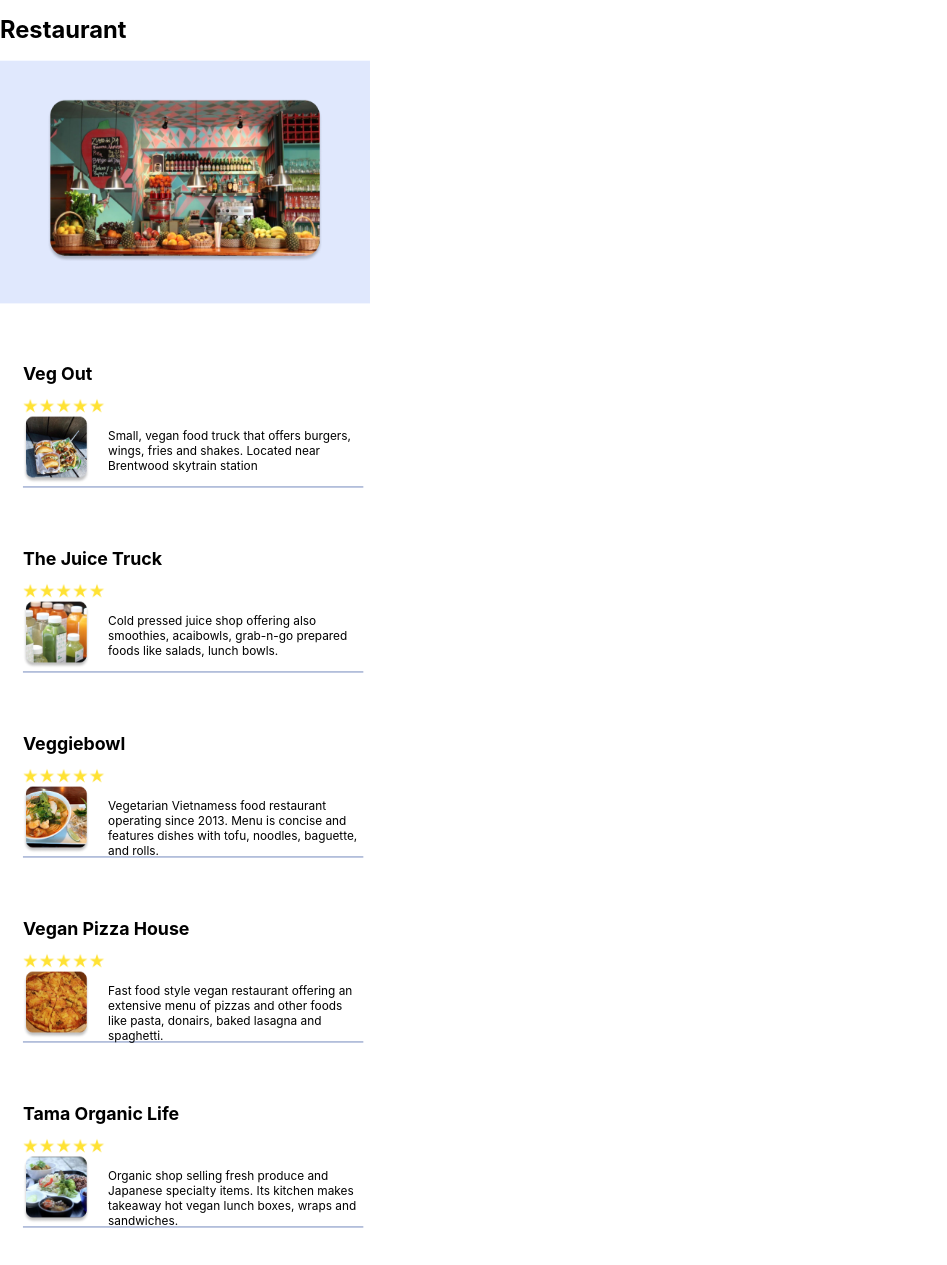
Repository: Kinakopan/design_mindfulEating_site
Page: /restaurant (app in firstapp/)
The author's editor kept a copy of each file at every save. The page is drawn from the files as they stood at one save, then again after the next save.
The browser window is 1280 px wide. The pictures show the whole page, at 74% of full size.
The project was rebuilt for these pictures with package versions that can differ from the ones it lists, and the page was loaded fresh each time. The framework's server and built-in components were replaced by stand-ins that run in the browser. Also part of the build but not shown: firstapp/next.config.js.

Above is the page before, as saved 2022-04-21 14:51:15.

### firstapp/pages/restaurant.js
import ImgCard from "../comps/ImgCard";
import RestaurantCard from "../comps/RestaurantCard";



export default function Restaurant(){

    return (
    <div>
        <h1>Restaurant</h1>

        <ImgCard
        img="/restaurant.png"
        bg="#E0E8FD"
        />



    <main>
        <RestaurantCard>
        </RestaurantCard>

        <RestaurantCard
            img="/juice truck.png"
            h2="The Juice Truck"
            txt="Cold pressed juice shop offering also smoothies, acaibowls, grab-n-go prepared foods like salads, lunch bowls."
        ></RestaurantCard>

        <RestaurantCard
            img="/veggie bowl.png"
            h2="Veggiebowl"
            txt="Vegetarian Vietnamess food restaurant operating since 2013. Menu is concise and features dishes with tofu, noodles, baguette, and rolls."
        ></RestaurantCard>

         <RestaurantCard
            img="/vegan pizza.png"
            h2="Vegan Pizza House"
            txt="Fast food style vegan restaurant offering an extensive menu of pizzas and other foods like pasta, donairs, baked lasagna and spaghetti."
        ></RestaurantCard>

        <RestaurantCard
            img="/Tama img.png"
            h2="Tama Organic Life"
            txt="Organic shop selling fresh produce and Japanese specialty items. Its kitchen makes takeaway hot vegan lunch boxes, wraps and sandwiches."
        ></RestaurantCard>


    </main>
    </div>

    )
}

### firstapp/comps/ImgCard.js
import { Children } from 'react';
import styled from 'styled-components';
import rcont from './RestaurantCard';

const CardCont = styled.div`
    background-color: ${props=>props.cl};
    color: ${props=>props.text_cl};
    min-width: 375px;
    max-width: 500px;
    padding: ${props=>props.cont_padding};
    border-radius: ${props=>props.border_radius};
    margin: ${props=>props.margin};
`;

const DispImage = styled.img`
    width: 100%;
    padding: 1em;
    margin: ${props=>props.image_margin};
`;

const List = styled.div`
    text-align: right;
`;

export default function ImgCard({
    img="/food1.png",
    bg="#E0E8FD",
    tcl="#08213E",
    title="",
    txt="",
    bor="",
    mar="",
    n1,n2,n3,n4="",
    marg="",
    cpa="1em 3em 1em 3em",
    Children=null

}){

    return <CardCont cl={bg} text_cl={tcl} border_radius={bor} margin={mar} cont_padding={cpa}>
        <h1>{title}</h1>
        <DispImage src={img} image_margin={marg}/>
        <br/>
        <List>
            <h2>{n1}</h2>
            <h2>{n2}</h2>
            <h2>{n3}</h2>
            <h2>{n4}</h2>
        </List>
        <p>{txt}</p>
        {Children}

    </CardCont>
}

### firstapp/comps/RestaurantCard.js

import styled from 'styled-components';


const ReCont = styled.div`
background-color:white;
width:500px;
position:relative;
height: 250px;
top:50px;
left: 1px;
padding: 10px 10px 10px 30px;
`
;

const ReImg = styled.img`
width:90px;



`;


const Text = styled.p`
float:right;
width:75%;
font-size: 16px;
text-align: left;
margin: 3 3 3 3;

`
;


const ResItem = styled.div`
border-bottom:2px solid #A2b0d3;

`

;

const Title = styled.h2`
width:250px;

`
;

const Image = styled.img`
`


const Button = styled.img`
top:100px;
background-color:"red";
height:20px;
`


export default function RestaurantCard({
    img="/veg out.png",
    bg="#E0E8FD",
    h2="Veg Out",
    txt="Small, vegan food truck that offers burgers, wings, fries and shakes. Located near Brentwood skytrain station",


}){

    return <ReCont
    cl={bg} txt={txt}>
    <Title>{h2}</Title>
    <Button img src="/start rating.png"></Button>
    <ResItem>

        <ReImg src={img}></ReImg>

        <Text>{txt}</Text>


    </ResItem>


    </ReCont>

}


//export default function RestaurantCard(){
    //return(
   //     <img src="/veg out.png" />
   // )

//}

Loaded but not shown: firstapp/pages/_app.js (common file); firstapp/styles/globals.css (common file)

After the next save:
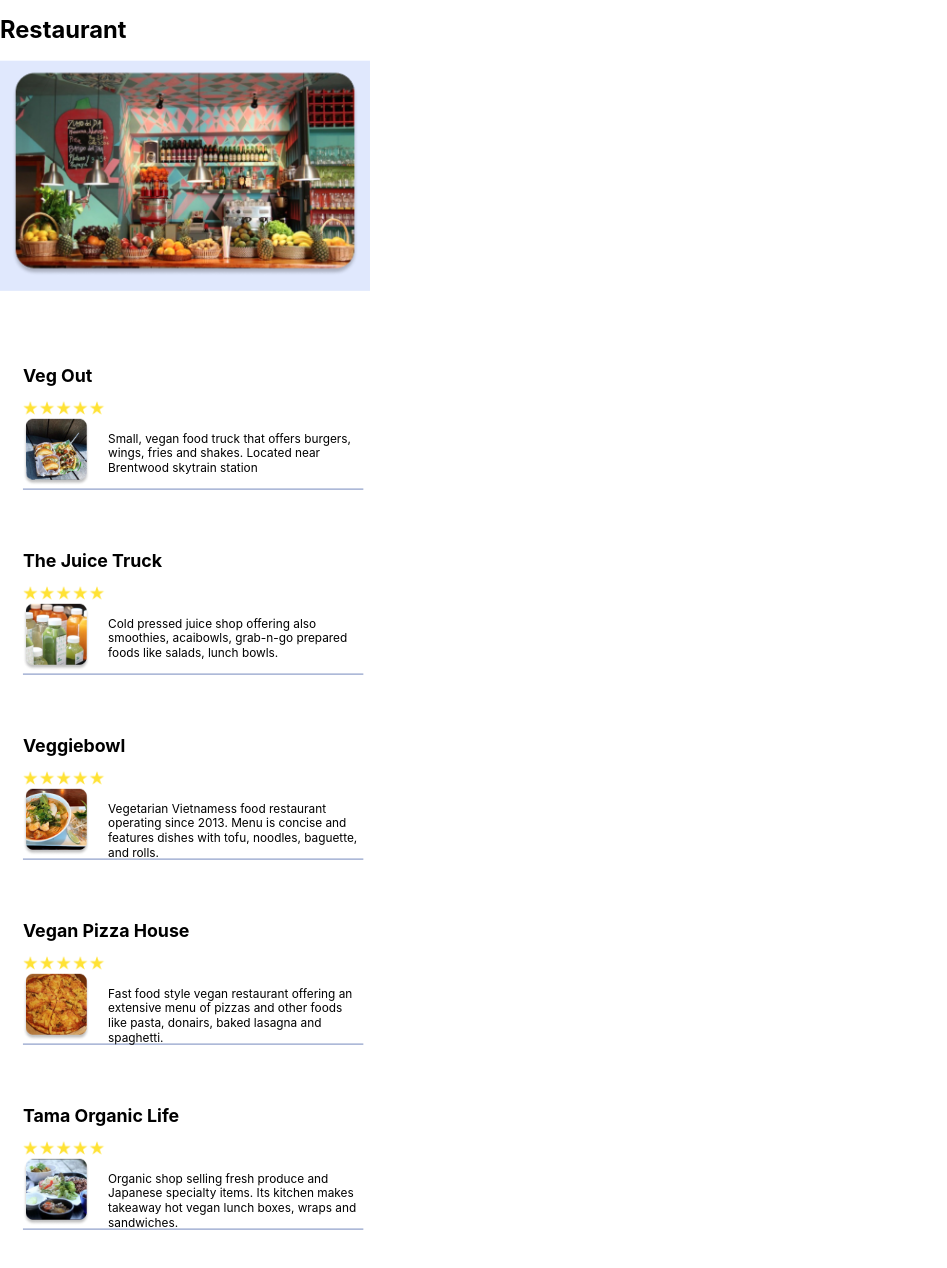
Saved 15 s later.
--- a/firstapp/pages/restaurant.js
+++ b/firstapp/pages/restaurant.js
@@ -12,6 +12,7 @@ export default function Restaurant(){
         <ImgCard
         img="/restaurant.png"
         bg="#E0E8FD"
+        cpa="2"
         />
 
 
